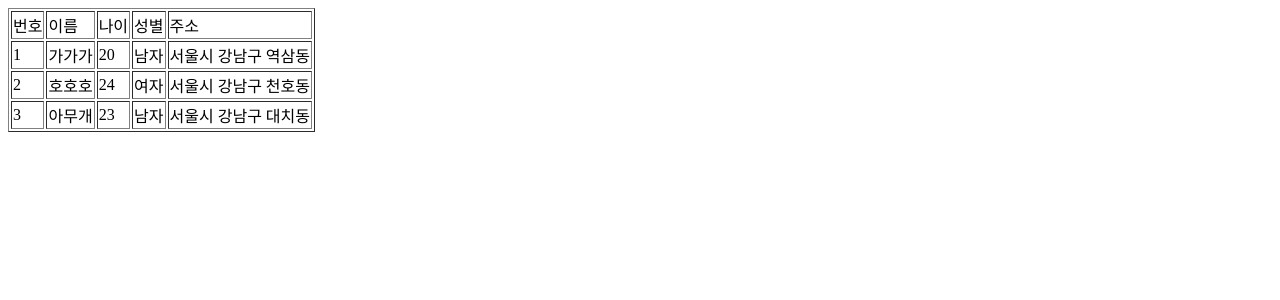
Repository: hb6700/client
Page: ClientTest/src/main/webapp/html/ex16_table.html
These files come from the project's save history. The page is drawn as it stood at one moment and after the next save; the edit follows.
The browser window is 1280 px wide. The pictures show the whole page.

Above is the page before, as saved 2023-09-21 00:56:28.

### ClientTest/src/main/webapp/html/ex16_table.html
<!DOCTYPE html>
<html>
	<head>
		<meta charset="UTF-8">
	<title>ex16_table</title>
	</head>
	<body>
		<!--
		주소록
		1.
		2.
		3.
		-->
		<table border = "1">
			<!-- 테이브 헤더 -->
			<tr>
				<td>번호</td>
				<td>이름</td>
				<td>나이</td>
				<td>성별</td>
				<td>주소</td>
			</tr>

			<!-- 테이블 본문 -->
			<tr>
				<td>1</td>
				<td>가가가</td>
				<td>20</td>
				<td>남자</td>
				<td>서울시 강남구 역삼동</td>
			</tr>
			<tr>
				<td>2</td>
				<td>호호호</td>
				<td>24</td>
				<td>여자</td>
				<td>서울시 강남구 천호동 </td>
			</tr>
			<tr>
				<td>3</td>
				<td>아무개</td>
				<td>23</td>
				<td>남자</td>
				<td>서울시 강남구 대치동 </td>
			</tr>
		</table>
	</body>
</html>

After the next save:
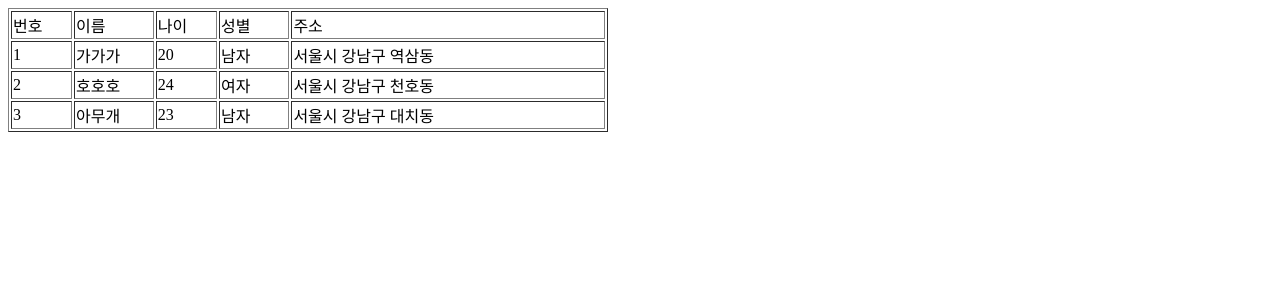
Saved 7 min 8 s later.
--- a/ClientTest/src/main/webapp/html/ex16_table.html
+++ b/ClientTest/src/main/webapp/html/ex16_table.html
@@ -11,14 +11,14 @@
 		2.
 		3.
 		-->
-		<table border = "1">
+		<table border = "1" width="600">
 			<!-- 테이브 헤더 -->
 			<tr>
-				<td>번호</td>
-				<td>이름</td>
-				<td>나이</td>
-				<td>성별</td>
-				<td>주소</td>
+				<td width="60">번호</td>
+				<td width="80">이름</td>
+				<td width="60">나이</td>
+				<td width="70">성별</td>
+				<td width="330">주소</td>
 			</tr>
 
 			<!-- 테이블 본문 -->
